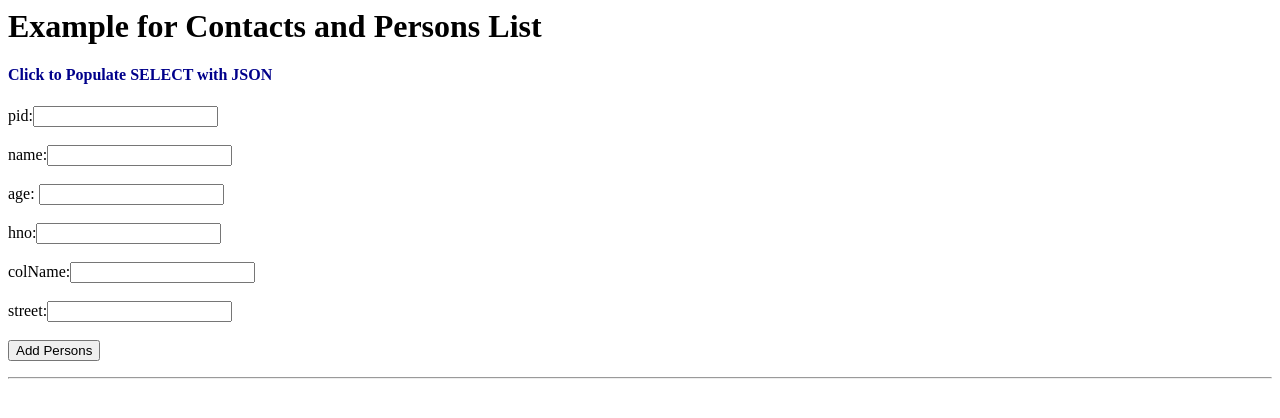
Repository: priyanalleboina/JsTraining
Page: Priyanka _JsExcercies/webpack14example-clinet-node/index.html
The author's editor kept a copy of each file at every save. The page is drawn from the files as they stood at one save, then again after the next save.
The browser window is 1280 px wide. The pictures show the whole page.

Above is the page before, as saved 2020-06-05 12:34:54.

After the next save:
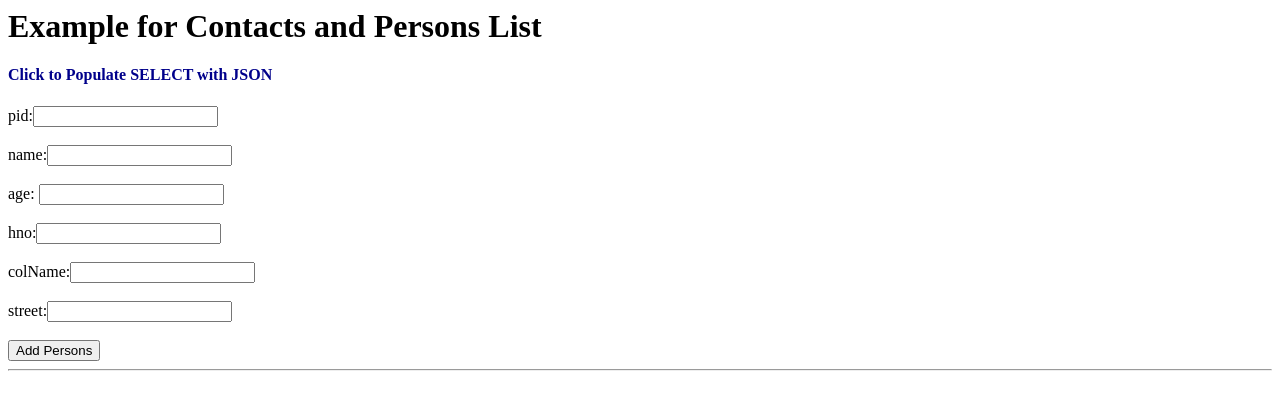
Saved 2 h 16 min later.
--- a/Priyanka _JsExcercies/webpack14example-clinet-node/index.html
+++ b/Priyanka _JsExcercies/webpack14example-clinet-node/index.html
@@ -13,7 +13,7 @@
     <h1>Example for Contacts and Persons List</h1>
     <!-- add people via hard coded list -->
     <h4 style="color:darkblue">Click to Populate SELECT with JSON</h4>
-    <form>
+    <!-- <form> -->
       <label>pid:</label><input id="pid" name="pid"></br></br>
       <label>name:</label><input id="name" name="name"></br></br>
       <label>age:</label> <input id="age" name="age"></br></br>
@@ -21,7 +21,7 @@
       <label>colName:</label><input id="colName" name="colName"></br></br>
       <label>street:</label><input id="street" name="street"></br></br>
       <button id="add" onclick="ui.addContactInfo()">Add Persons</button>
-  </form>
+  <!-- </form> -->
   </div>
   <hr>
   <div>

After the save that followed:
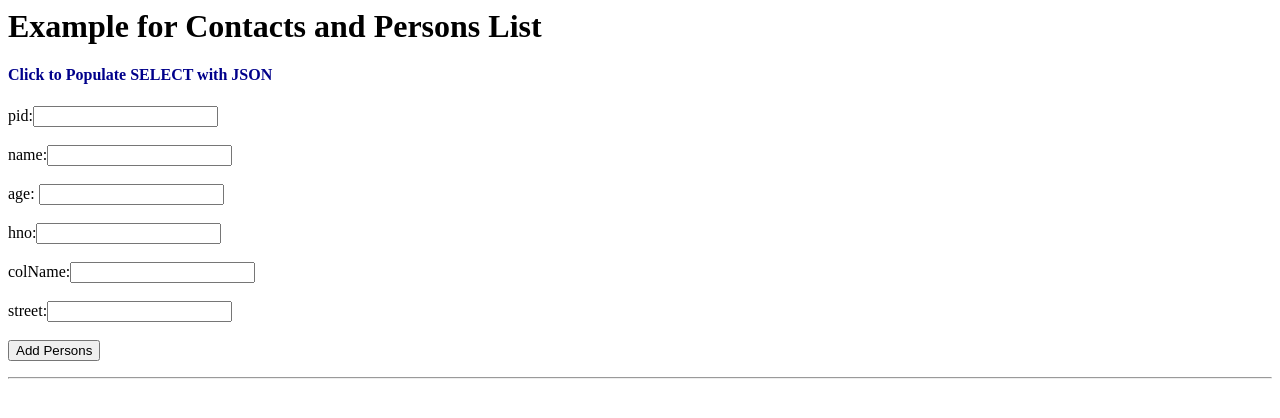
Saved 3 min 14 s later.
--- a/Priyanka _JsExcercies/webpack14example-clinet-node/index.html
+++ b/Priyanka _JsExcercies/webpack14example-clinet-node/index.html
@@ -13,15 +13,15 @@
     <h1>Example for Contacts and Persons List</h1>
     <!-- add people via hard coded list -->
     <h4 style="color:darkblue">Click to Populate SELECT with JSON</h4>
-    <!-- <form> -->
-      <label>pid:</label><input id="pid" name="pid"></br></br>
-      <label>name:</label><input id="name" name="name"></br></br>
-      <label>age:</label> <input id="age" name="age"></br></br>
-      <label>hno:</label><input id="hno" name="hno"></br></br>
-      <label>colName:</label><input id="colName" name="colName"></br></br>
-      <label>street:</label><input id="street" name="street"></br></br>
+    <form>
+      <label>pid:</label><input id="pid" ></br></br>
+      <label>name:</label><input id="name" ></br></br>
+      <label>age:</label> <input id="age" ></br></br>
+      <label>hno:</label><input id="hno" ></br></br>
+      <label>colName:</label><input id="colName" ></br></br>
+      <label>street:</label><input id="street" ></br></br>
       <button id="add" onclick="ui.addContactInfo()">Add Persons</button>
-  <!-- </form> -->
+  </form>
   </div>
   <hr>
   <div>
